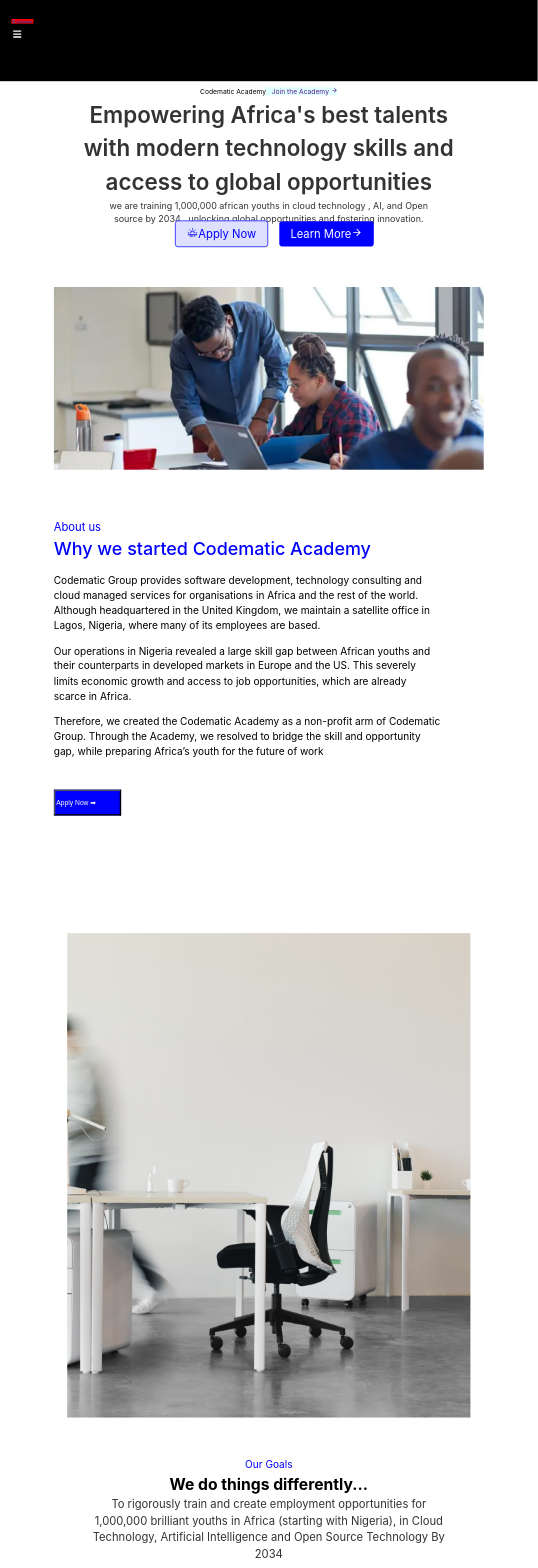
Repository: Gabriel221-dev/Codematic-page
Page: /
These files come from the project's save history. The page is drawn as it stood at one moment and after the next save; the edit follows.
The browser window is 768 px wide. The pictures show the part of the page from y = 0 to 2240 px (the page is 6212 px tall), at 70% of full size.
The project was rebuilt for these pictures with package versions that can differ from the ones it lists, and the page was loaded fresh each time. Also part of the build but not shown: vite.config.js, src/App.css.

Above is the page before, as saved 2024-07-31 07:40:06.

After the next save:
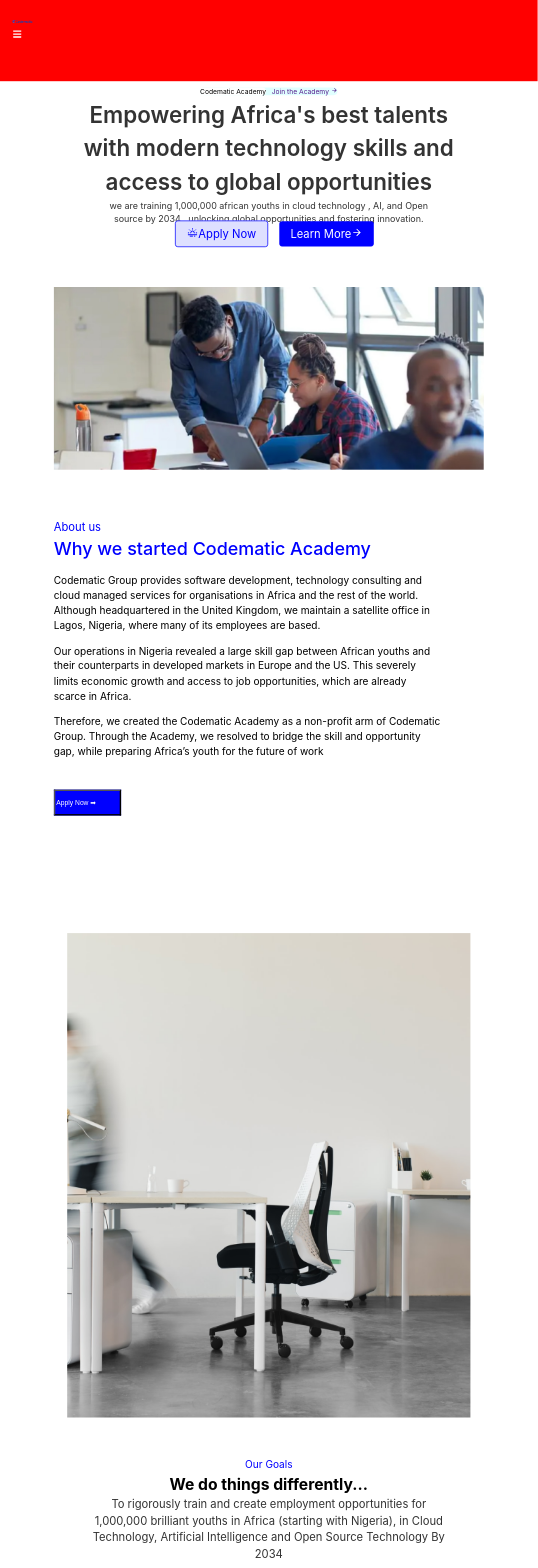
Saved 29 s later.
--- a/src/components/Header.css
+++ b/src/components/Header.css
@@ -1,8 +1,8 @@
 .header {
-    background-color:black;
+    background-color:aliceblue;
     height: 1.1rem;
     display: flex;
-    justify-content: space-between;
+    /* justify-content: space-between; */
     align-items: center;
     padding: 1rem 7rem;
   }
@@ -163,6 +163,7 @@
 /* Tablet styles */
 @media only screen and (max-width: 850px) {
     .header {
+        background-color:red;
       height: auto;
       flex-direction: column;
       align-items: flex-start;
